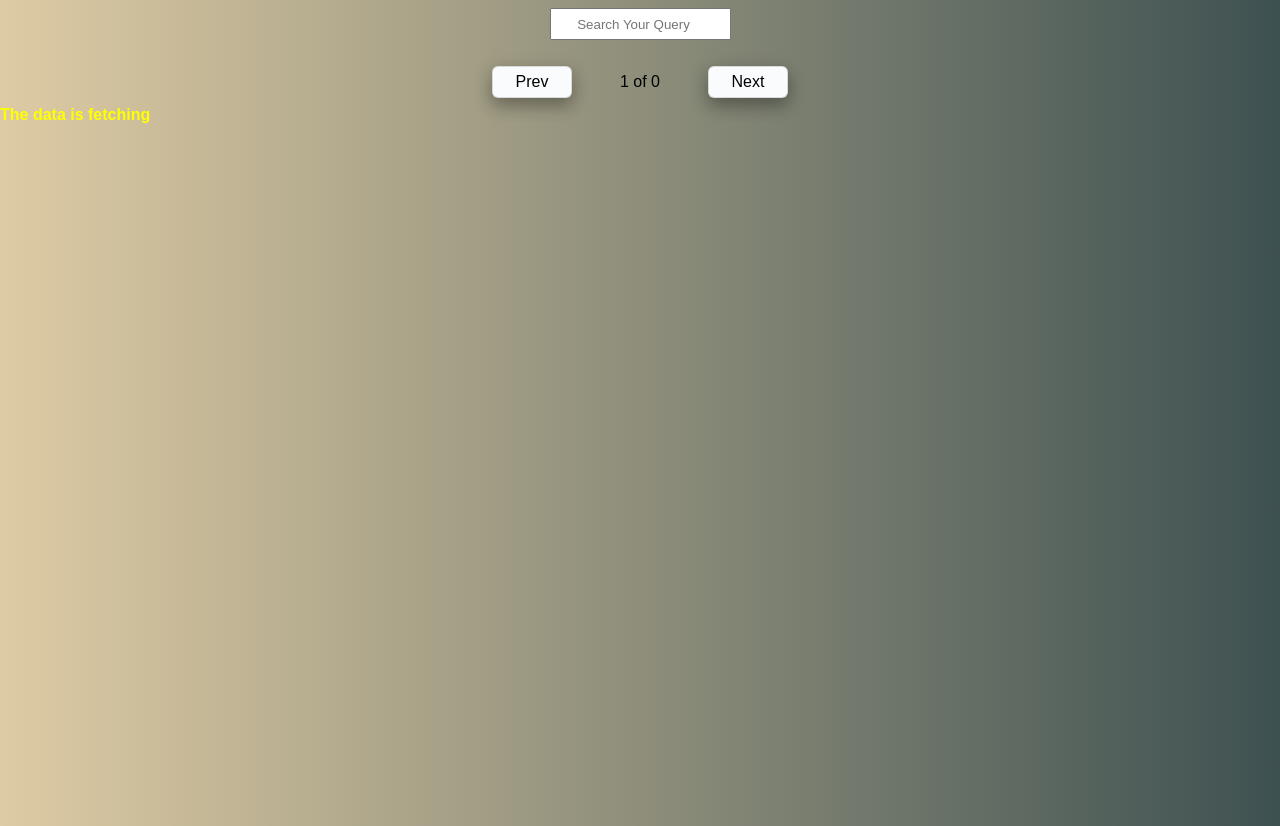
Repository: suraj-yadav7/TechNews
Page: /
An editor plug-in stored every save of this project. The page is shown before and after the next save, followed by the edit.
The browser window is 1280 px wide. The pictures show the whole page.
The page's requests for data from a server got no answer. The project was rebuilt for these pictures with package versions that can differ from the ones it lists, and the page was loaded fresh each time. No one was signed in, and anything a server would have sent is missing.

Above is the page before, as saved 2023-04-28 10:53:07.

### src/index.js
import React from 'react';
import ReactDOM from 'react-dom/client';
import App from './App';
import { AppProvider } from './context';

const root = ReactDOM.createRoot(document.getElementById('root'));
root.render(
  <React.StrictMode>
    <AppProvider>
    <App />
    </AppProvider>
  </React.StrictMode>
);

### src/App.js
import './App.css';
import Search from './components/Search';
import Stories from './components/Stories';

function App() {
  return (
      <>
      <Search/>
      <Stories />
      </>
  );
}

export default App;

### src/context.jsx
import {useContext, createContext, useEffect, useReducer} from "react"
import {reducer} from './reducer'

const AppContext = createContext();
let api = "https://hn.algolia.com/api/v1/search?";
const initial = {
    hits:[],
    page:0,
    nbPages:0,
    query:"",
    isLoading:true
}

const AppProvider = ({children})=>{

    const [state, dispatch] = useReducer(reducer, initial)

    const fetchApiData = async(url)=>{
        dispatch({
            type:"loadingData",
        })
        try{
            let fetchApi = await fetch(url)
            let data = await fetchApi.json()
            console.log(data)
            dispatch({
                type:"Get_Update",
                payload:{
                    hitNews:data.hits,
                    pg:data.page,
                    nbPg: data.nbPages
                }
            })
        }
        catch(error){
            console.log(error)
        }
        }

        //removing post
        const removePost = (objectID) =>{
                    dispatch({
                        type:"remove_post",
                        payload: objectID
                    })
        }

    //Search Post
    const searchPost = ((searchVal)=>{
        // searchVal.preventDefault()
        dispatch({
        type:"SEARCH_POST",
        payload: searchVal
        })
    })

    //Previous Page
    const prevPage=()=>{
        dispatch({
            type:"PREV_PAGE"
        })
    }
    const nextPage=()=>{
        dispatch({
            type:"NEXT_PAGE"
        })
    }
    useEffect(()=>{
         fetchApiData(`${api}query=${state.query}&&page=${state.page}`)

    },[state.query, state.page])


    return(
        <AppContext.Provider value= {{...state, removePost, searchPost,prevPage,nextPage}} >{children}</AppContext.Provider>
    )
};

//Custom hook to provide appContext and useContext

const useGlobalContext = ()=>{
    return useContext(AppContext)
}
export {AppContext,AppProvider, useGlobalContext}

### src/App.css
*{
  margin: 0;
  padding: 0;
  box-sizing: border-box;
  font-family:  sans-serif;
}

/* Search Div*/
.searchMain{
  display: flex;
  flex-direction: column;
  align-items: center;
  justify-content: center;
  gap:10px;
  background-image: linear-gradient(to right, #DECBA4, #3E5151);

}
.searchInput{
  margin: 0.5rem 0;
  width: 100%;
  height: 2rem;
  text-align: center;
}
.pagination{
  margin: 0.5rem 0;
}
.pagination> button{
  width: 5rem;
  height: 2rem;
  font-size: 1rem;
  margin: 0 3rem;
  background-color: #FAFBFC;
  border: 1px solid rgba(27, 31, 35, 0.15);
  border-radius: 6px;
  box-shadow: 0 8px 16px 0 rgba(0,0,0,0.2), 0 6px 20px 0 rgba(0,0,0,0.19);
  cursor: pointer;
}
.pagination>button:hover {
  border-color: #646cff;
}


/* Stories */
.parentStory{
  display: flex;
  align-items: center;
  justify-content: center;
  flex-direction: column;
  gap: 1rem;
  background-image: linear-gradient(to right, #DECBA4, #3E5151);


}

.stories{
  width: 50%;
  height: 12rem;
  display: flex;
  background-image: linear-gradient(to right, #434343 0%, black 100%);
  align-items: center;
  justify-content: center;
  flex-direction: column;
  color: white;
  text-align: center;
}
.stories> h3,p{
  margin: 1rem 0;
  /* padding-bottom: 4rem; */
  padding: 0 2rem;
  margin-bottom: 1.2rem;
}
.storiesButton{
  height: 2rem;
  display: flex;
  align-items: center;
  margin:0.5rem ;
}
.storiesButton >button, a>button{
  margin:0 5rem;
  border: 1px solid blue;
  background-color: aliceblue;
  color: black;
  border-radius: 10px;
  height: 2rem;
  width: 6rem;
  text-align:center;
  font-size: medium;
  box-shadow: 0 8px 16px 0 rgba(0,0,0,0.2), 0 6px 20px 0 rgba(0,0,0,0.19);
  cursor: pointer;
}
.storiesButton >button, a>button:hover {
  border-color: #646cff;
}

### src/components/Search.jsx
import React from 'react'
import { useGlobalContext } from '../context'

const Search = () => {
  const { query, searchPost, prevPage, nextPage, nbPages, page } = useGlobalContext()
  return (
    <>
      <div className='searchMain'>
        <div className='formContainer'>
          <form onSubmit={(e) => e.preventDefault()}>
            <input className='searchInput' type="search" placeholder='Search Your Query' value={query} onChange={(e) => searchPost(e.target.value)}></input>
          </form>
        </div>
        <div className='pagination'>
          <button onClick={prevPage} >Prev</button>
          <span>{page + 1} of {nbPages}</span>
          <button onClick={nextPage} >Next</button>
        </div>
      </div>
    </>
  )
}

export default Search

### src/components/Stories.jsx
import React from 'react'
import { useGlobalContext } from '../context'

const Stories = () => {
  const { hits, isLoading, removePost } = useGlobalContext()



  if (isLoading) {
    return (
  <div className="Loading" style={{ color:"yellow", height:"100vh",backgroundImage: "linear-gradient(to right, #DECBA4, #3E5151)"}}>
        <h4>The data is fetching</h4>
      </div>
    )
  }
  return (
    <>
      <div className='parentStory'>
        <h2>Latest Tech News</h2>
        {hits?.map((story) => {
          const { objectID } = story
          return (
            <>
              <div className='stories' key={objectID}>
                <h3>{story.title}</h3>
                <p>by <span>{story.author}</span>  | <span>comment: {story.num_comments} </span></p>
                  <div className="storiesButton">
                  <a href={story.url} target='_blank' rel="noreferrer"><button >Read More</button></a>
                  <button onClick={() => removePost(objectID)} >Remove</button>
                </div>
              </div>
            </>)
        })}
      </div>
    </>
  )
}

export default Stories

### src/reducer.jsx

const reducer = (state,action) =>{
    switch(action.type){
        case"loadingData" : return{
            ...state,
            isLoading: true

        } ;
        case "Get_Update":
            return{
                ...state,
                isLoading:false,
                hits:action.payload.hitNews,
                nbPages:action.payload.nbPg
            }

        case "remove_post":
            return{
                ...state, hits: state.hits.filter((post)=> post.objectID !== action.payload)
            }

        case "SEARCH_POST":
            return{
                    ...state, query: action.payload
            }

        case "PREV_PAGE":
            let pageNum=state.page-1
            if(pageNum<=0){
                pageNum=0
            }
            return{
                 ...state,
                    page:pageNum
                }


        case "NEXT_PAGE":
            let pageNum2= state.page+1
            if(pageNum2>=50){
                pageNum2=0
            }

            return{
                ...state,
                page:pageNum2
            }

    }
    return state
}
export {reducer};

Loaded but not shown: public/index.html (common file)

After the next save:
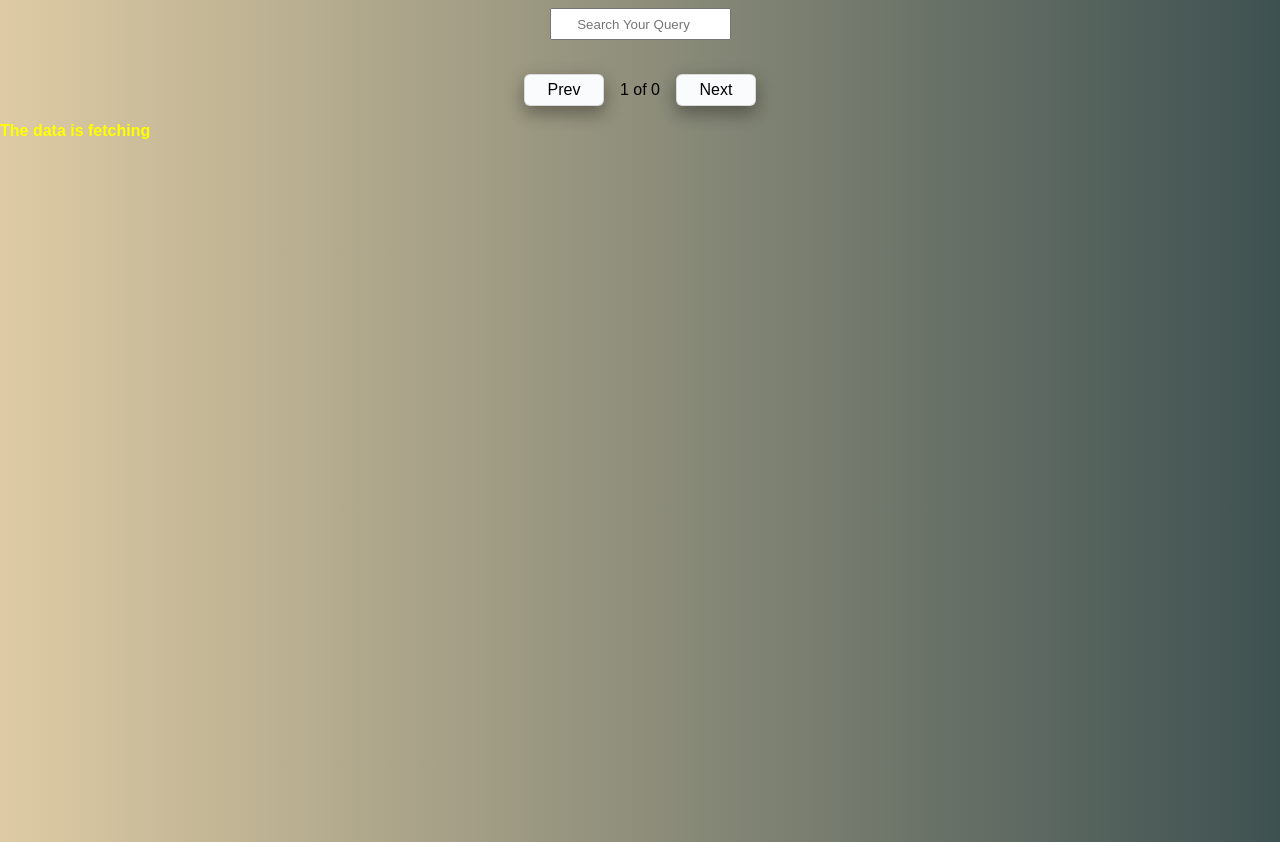
Saved 8 s later.
--- a/src/App.css
+++ b/src/App.css
@@ -28,7 +28,7 @@
   width: 5rem;
   height: 2rem;
   font-size: 1rem;
-  margin: 0 3rem;
+  margin: 0.5rem 1rem;
   background-color: #FAFBFC;
   border: 1px solid rgba(27, 31, 35, 0.15);
   border-radius: 6px;
